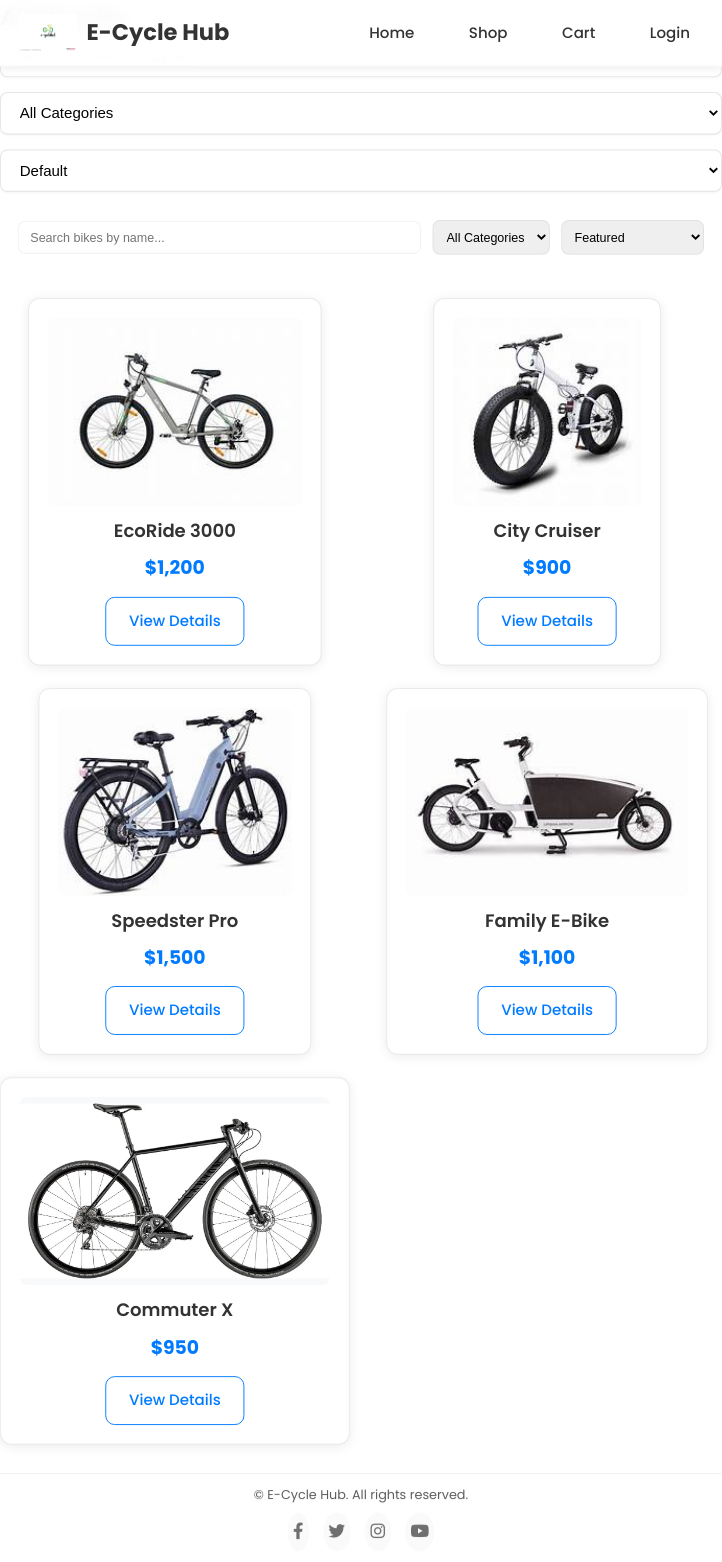
Repository: Rutuja-g/E-Cycle-Hub
Page: public/products.html
These files come from the project's save history. The page is drawn as it stood at one moment and after the next save; the edit follows.
The browser window is 768 px wide. The pictures show the whole page, at 94% of full size.

Above is the page before, as saved 2025-10-24 16:32:49.
Console error: SyntaxError: Unexpected token 'export'

### public/products.html
<!DOCTYPE html>
<html lang="en">
  <head>
    <meta charset="UTF-8" />
    <meta name="viewport" content="width=device-width, initial-scale=1.0" />
    <title>Products - E-Cycle Hub</title>
    <link rel="preconnect" href="https://fonts.googleapis.com" />
    <link rel="preconnect" href="https://fonts.gstatic.com" crossorigin />
    <link
      href="https://fonts.googleapis.com/css2?family=Poppins:wght@300;400;500;600;700&display=swap"
      rel="stylesheet"
    />
    <link rel="icon" href="favicon.ico" type="image/x-icon" />
    <link rel="stylesheet" href="css/reset.css" />
    <link rel="stylesheet" href="css/variables.css" />
    <link rel="stylesheet" href="css/main.css" />
    <link
      rel="stylesheet"
      href="https://cdnjs.cloudflare.com/ajax/libs/font-awesome/6.0.0/css/all.min.css"
    />
  </head>
  <body>
    <header>
      <div id="header"></div>
    </header>

    <main>
      <section class="shop-products">
        <h2>All Bicycles</h2>
        <div class="product-search">
          <input
            type="text"
            id="searchInput"
            placeholder="Search for electric bicycles..."
          />
          <select id="categorySelect">
            <option value="all">All Categories</option>
          </select>
          <select id="sortSelect">
            <option value="">Default</option>
            <option value="price-asc">Price Low to High</option>
            <option value="price-desc">Price High to Low</option>
            <option value="popularity">Popularity</option>
          </select>
        </div>
        <div class="product-list" id="product-list">
          <!-- Product cards will be dynamically inserted here -->
        </div>
      </section>
    </main>

    <footer>
      <div id="footer"></div>
    </footer>

    <script src="js/components.js"></script>
    <script src="js/main.js"></script>
    <script src="js/api.js"></script>
    <script src="js/store.js"></script>
    <script src="js/cart.js"></script>
  </body>
</html>

### public/css/reset.css
html
/* CSS Reset */
* {
    margin: 0;
    padding: 0;
    box-sizing: border-box;
}

html, body {
    height: 100%;
    font-family: Arial, sans-serif;
}

img {
    max-width: 100%;
    height: auto;
}

a {
    text-decoration: none;
    color: inherit;
}

ul {
    list-style: none;
}

button {
    cursor: pointer;
}

### public/css/variables.css
:root {
  --primary-color: #007bff; /* Electric Blue */
  --secondary-color: #0056b3; /* Darker Blue for hover */
  --background-color: #ffffff; /* White */
  --text-color: #333333; /* Dark Gray */
  --muted: #6c757d; /* Muted text */
  --font-family: "Poppins", sans-serif; /* Modern Font */
  --font-size-base: 16px; /* Base Font Size */
  --font-size-large: 1.25rem; /* Large Font Size */
  --font-size-small: 0.875rem; /* Small Font Size */
  --border-radius: 10px; /* Rounded Corners */
  --box-shadow: 0 4px 8px rgba(0, 0, 0, 0.1); /* Subtle Box Shadow */
  --box-shadow-hover: 0 6px 12px rgba(0, 0, 0, 0.15); /* Hover Shadow */
  --transition: all 0.3s ease; /* Smooth Transitions */
}

### public/css/main.css
/* Main styles for E-Cycle Hub */

/* Reset some default styles */
body {
  margin: 0;
  font-family: var(--font-family);
  line-height: 1.6;
  color: var(--text-color);
  background-color: var(--background-color);
}

h1,
h2,
h3,
h4,
h5,
h6 {
  margin: 0;
  color: var(--text-color);
  font-weight: 600;
}

a {
  text-decoration: none;
  color: var(--primary-color);
  transition: var(--transition);
}

a:hover {
  color: var(--secondary-color);
}

/* Layout styles */
.container {
  width: 90%;
  max-width: 1200px;
  margin: auto;
}

/* Navbar styles */
.navbar {
  background: rgba(255, 255, 255, 0.95);
  backdrop-filter: blur(10px);
  border-bottom: 1px solid rgba(0, 0, 0, 0.05);
  box-shadow: 0 2px 10px rgba(0, 0, 0, 0.08);
  position: fixed;
  top: 0;
  left: 0;
  right: 0;
  z-index: 1000;
}

.nav-container {
  max-width: 1200px;
  margin: 0 auto;
  padding: 0 20px;
  display: flex;
  justify-content: space-between;
  align-items: center;
  height: 70px;
}

.logo a {
  font-size: 1.5em;
  font-weight: bold;
  display: flex;
  align-items: center;
  gap: 10px;
  color: var(--text-color);
  text-decoration: none;
}

.logo img {
  height: 40px;
  width: auto;
}

.nav-links {
  list-style: none;
  display: flex;
  gap: 30px;
  margin: 0;
  padding: 0;
}

.nav-links li {
  position: relative;
}

.nav-link {
  color: var(--text-color);
  text-decoration: none;
  padding: 10px 14px;
  border-radius: 20px;
  transition: all 0.3s ease;
  font-weight: 500;
  position: relative;
}

.nav-link:hover,
.nav-link.active {
  background: rgba(0, 123, 255, 0.1);
  color: var(--primary-color);
  transform: translateY(-1px);
  box-shadow: 0 4px 12px rgba(0, 123, 255, 0.15);
}

.nav-toggle {
  display: none;
  flex-direction: column;
  cursor: pointer;
  gap: 4px;
}

.nav-toggle span {
  width: 25px;
  height: 3px;
  background: var(--text-color);
  transition: 0.3s;
}

.main-content {
  padding: 80px 0 20px;
}

/* Hero section styles */
.hero {
  position: relative;
  display: flex;
  align-items: center;
  justify-content: center;
  min-height: 400px;
  overflow: hidden;
}

.hero-banner {
  position: absolute;
  top: 0;
  left: 0;
  width: 100%;
  height: 100%;
  object-fit: cover;
  z-index: -1;
}

.hero-content {
  text-align: center;
  color: white;
  background: rgba(0, 0, 0, 0.5);
  padding: 20px;
  border-radius: 8px;
}

.hero h1 {
  font-size: 2.5em;
  margin-bottom: 10px;
}

.hero p {
  font-size: 1.2em;
  margin-bottom: 20px;
}

.btn {
  display: inline-block;
  padding: 12px 24px;
  background: var(--primary-color);
  color: white;
  border-radius: var(--border-radius);
  transition: var(--transition);
  font-weight: 500;
  border: none;
  cursor: pointer;
}

.btn:hover {
  background: var(--secondary-color);
  transform: translateY(-2px);
  box-shadow: var(--box-shadow-hover);
}

.btn.ghost {
  background: transparent;
  color: var(--primary-color);
  border: 1px solid var(--primary-color);
}

.btn.ghost:hover {
  background: var(--primary-color);
  color: white;
}

/* Responsive styles */
@media (max-width: 768px) {
  .container {
    width: 95%;
  }

  .header,
  .footer {
    padding: 15px 0;
  }

  .hero {
    min-height: 300px;
  }

  .hero h1 {
    font-size: 2em;
  }

  .hero p {
    font-size: 1em;
  }

  .product-search {
    flex-direction: column;
  }

  .product-search input,
  .product-search select {
    width: 100%;
  }

  /* Footer responsive */
  .footer-content {
    flex-direction: column;
    gap: 8px;
    text-align: center;
  }

  .social-icons {
    justify-content: center;
    gap: 12px;
  }

  .main-content {
    padding: 70px 0 20px;
  }
}

@media (max-width: 480px) {
  .hero {
    flex-direction: column;
    text-align: center;
  }

  .hero-content {
    padding: 15px;
  }

  .hero h1 {
    font-size: 1.8em;
  }

  .hero p {
    font-size: 0.9em;
  }

  /* Navbar responsive */
  .nav-toggle {
    display: flex;
  }

  .nav-links {
    position: absolute;
    top: 100%;
    left: 0;
    width: 100%;
    background: rgba(255, 255, 255, 0.98);
    backdrop-filter: blur(10px);
    border-top: 1px solid rgba(0, 0, 0, 0.05);
    flex-direction: column;
    padding: 15px 0;
    box-shadow: 0 4px 20px rgba(0, 0, 0, 0.1);
    display: none;
  }

  .nav-links.active {
    display: flex;
  }

  .nav-link {
    padding: 12px 20px;
    border-radius: 0;
    border-bottom: 1px solid rgba(0, 0, 0, 0.03);
  }

  .nav-link:hover,
  .nav-link.active {
    background: rgba(0, 123, 255, 0.05);
    color: var(--primary-color);
    border-bottom: 1px solid rgba(0, 123, 255, 0.1);
  }

  /* Grid responsive */
  .grid--featured,
  .grid--shop,
  .product-list {
    grid-template-columns: repeat(auto-fit, minmax(250px, 1fr));
    gap: 20px;
  }

  .main-content {
    padding: 60px 0 20px;
  }
}

/* Product card styles (updated for .card class used by main.js) */
.card {
  border: 1px solid rgba(0, 0, 0, 0.08);
  border-radius: 12px;
  padding: 20px;
  text-align: center;
  background: var(--background-color);
  box-shadow: 0 2px 12px rgba(0, 0, 0, 0.08);
  transition: all 0.3s ease;
  display: flex;
  flex-direction: column;
  height: 100%;
}

.card:hover {
  transform: translateY(-8px);
  box-shadow: 0 8px 25px rgba(0, 0, 0, 0.12);
}

.card img {
  max-width: 100%;
  height: 200px;
  object-fit: contain;
  border-radius: 8px;
  margin-bottom: 15px;
  background-color: #f8f9fa;
  transition: transform 0.3s ease;
}

.card:hover img {
  transform: scale(1.05);
}

.card .card-body {
  flex: 1;
  display: flex;
  flex-direction: column;
  justify-content: space-between;
}

.card .card-title {
  margin: 0 0 10px 0;
  font-size: 1.2em;
  line-height: 1.3;
}

.card .price {
  color: var(--primary-color);
  font-weight: 700;
  font-size: 1.25em;
  margin-bottom: 15px;
}

.card .btn {
  margin-top: auto;
  align-self: center;
  transition: all 0.3s ease;
}

.card .btn:hover {
  transform: translateY(-2px);
  box-shadow: 0 4px 15px rgba(0, 123, 255, 0.3);
}

/* Product search styles */
.product-search {
  display: flex;
  gap: 16px;
  margin-bottom: 30px;
  justify-content: center;
  flex-wrap: wrap;
}

.product-search input,
.product-search select {
  padding: 12px 16px;
  border: 1px solid rgba(0, 0, 0, 0.1);
  border-radius: 8px;
  font-size: 1em;
  background-color: #fff;
  transition: all 0.3s ease;
  min-width: 200px;
  box-shadow: 0 1px 3px rgba(0, 0, 0, 0.05);
}

.product-search input:focus,
.product-search select:focus {
  outline: none;
  border-color: var(--primary-color);
  box-shadow: 0 0 0 3px rgba(0, 123, 255, 0.1);
  transform: translateY(-1px);
}

/* Featured products grid */
.grid--featured,
.grid--shop,
.product-list {
  display: grid;
  grid-template-columns: repeat(auto-fit, minmax(280px, 1fr));
  gap: 24px;
  padding: 30px 0;
  justify-items: center;
}

/* Cart styles */
.cart-item {
  display: flex;
  justify-content: space-between;
  padding: 16px 0;
  border-bottom: 1px solid #e9ecef;
}

.cart-item img {
  width: 50px;
  height: auto;
}

.cart-total {
  font-weight: bold;
  font-size: 1.2em;
}

/* Checkout styles */
.checkout-form {
  display: flex;
  flex-direction: column;
  gap: 16px;
}

.checkout-form input,
.checkout-form button {
  margin: 0;
  padding: 12px;
  border: 1px solid #e9ecef;
  border-radius: var(--border-radius);
  font-family: var(--font-family);
}

.checkout-form button {
  background: var(--primary-color);
  color: white;
  cursor: pointer;
  transition: var(--transition);
}

.checkout-form button:hover {
  background: var(--secondary-color);
}

/* Product details styles */
.product-details {
  max-width: 1200px;
  margin: 0 auto;
  padding: 20px;
  display: flex;
  flex-direction: column;
  gap: 20px;
}

.back-link {
  color: var(--primary-color, #4caf50);
  font-weight: bold;
  margin-bottom: 20px;
  display: inline-block;
}

.back-link:hover {
  color: var(--link-hover-color, #388e3c);
}

.product-image {
  flex: 1;
  max-width: 600px;
  margin: 0 auto;
}

.product-image img {
  width: 100%;
  height: auto;
  border-radius: 8px;
  box-shadow: 0 4px 10px rgba(0, 0, 0, 0.1);
}

.product-info {
  flex: 1;
  padding: 24px;
  background: var(--background-color);
  border-radius: var(--border-radius);
  box-shadow: var(--box-shadow);
}

.product-info h1 {
  font-size: 2em;
  margin-bottom: 10px;
}

.product-price {
  font-size: 1.5em;
  color: var(--primary-color);
  font-weight: 600;
  margin-bottom: 24px;
}

.product-info p {
  line-height: 1.6;
  margin-bottom: 20px;
}

.product-info .btn {
  margin-top: 20px;
}

/* Responsive for product details */
@media (max-width: 768px) {
  .product-details {
    flex-direction: column;
  }

  .product-image,
  .product-info {
    flex: none;
    width: 100%;
  }

  .product-info {
    padding: 15px;
  }

  .product-info h1 {
    font-size: 1.8em;
  }

  .product-price {
    font-size: 1.3em;
  }
}

/* Footer styles */
.footer {
  background: rgba(255, 255, 255, 0.95);
  backdrop-filter: blur(10px);
  border-top: 1px solid rgba(0, 0, 0, 0.05);
  color: var(--text-color);
  padding: 12px 0;
  margin-top: auto;
}

.footer-content {
  display: flex;
  justify-content: space-between;
  align-items: center;
  max-width: 1200px;
  margin: 0 auto;
  padding: 0 20px;
}

.footer-content p {
  margin: 0;
  color: var(--text-color);
  font-size: 0.85em;
  opacity: 0.8;
}

.social-icons {
  display: flex;
  gap: 15px;
}

.social-icons a {
  color: var(--text-color);
  font-size: 1.1em;
  transition: all 0.3s ease;
  padding: 6px;
  border-radius: 50%;
  background: rgba(0, 0, 0, 0.03);
  opacity: 0.7;
}

.social-icons a:hover {
  color: var(--primary-color);
  background: rgba(0, 123, 255, 0.08);
  transform: translateY(-1px);
  box-shadow: 0 3px 10px rgba(0, 123, 255, 0.15);
  opacity: 1;
}

/* Add error styles */
.error {
  color: red;
  font-size: 0.9em;
  margin-top: 5px;
  display: none;
}

/* Success popup styles */
.success-popup {
  position: fixed;
  top: 0;
  left: 0;
  width: 100%;
  height: 100%;
  background-color: rgba(0, 0, 0, 0.5);
  display: flex;
  justify-content: center;
  align-items: center;
  z-index: 1000;
}

.popup-content {
  background-color: var(--background-color);
  padding: 24px;
  border-radius: var(--border-radius);
  text-align: center;
  box-shadow: var(--box-shadow);
}

.popup-content h3 {
  margin-bottom: 10px;
  color: var(--primary-color);
}

.popup-content button {
  background-color: var(--primary-color);
  color: white;
  border: none;
  padding: 12px 24px;
  border-radius: var(--border-radius);
  cursor: pointer;
  margin-top: 16px;
  transition: var(--transition);
}

.popup-content button:hover {
  background-color: var(--secondary-color);
}

### public/js/components.js
// components.js - Dynamic loading of header and footer components

(function () {
  // Load component into element
  async function loadComponent(componentPath, targetElement) {
    try {
      const response = await fetch(componentPath);
      if (!response.ok) {
        throw new Error(`Failed to load ${componentPath}: ${response.status}`);
      }
      const html = await response.text();
      targetElement.innerHTML = html;
    } catch (error) {
      console.error(`Error loading component ${componentPath}:`, error);
      targetElement.innerHTML = "<p>Error loading component</p>";
    }
  }

  // Load header and footer on page load
  document.addEventListener("DOMContentLoaded", function () {
    const headerElement = document.getElementById("header");
    const footerElement = document.getElementById("footer");

    if (headerElement) {
      loadComponent("components/header.html", headerElement);
    }

    if (footerElement) {
      loadComponent("components/footer.html", footerElement);
    }
  });
})();

### public/js/api.js
// This file contains functions for fetching and managing product data, including CRUD operations.

const apiUrl = 'https://api.example.com/products'; // Replace with your actual API endpoint

// Fetch all products
async function fetchProducts() {
    try {
        const response = await fetch(apiUrl);
        if (!response.ok) {
            throw new Error('Network response was not ok');
        }
        const products = await response.json();
        return products;
    } catch (error) {
        console.error('Error fetching products:', error);
    }
}

// Fetch a single product by ID
async function fetchProductById(productId) {
    try {
        const response = await fetch(`${apiUrl}/${productId}`);
        if (!response.ok) {
            throw new Error('Network response was not ok');
        }
        const product = await response.json();
        return product;
    } catch (error) {
        console.error('Error fetching product:', error);
    }
}

// Create a new product (for admin use)
async function createProduct(productData) {
    try {
        const response = await fetch(apiUrl, {
            method: 'POST',
            headers: {
                'Content-Type': 'application/json',
            },
            body: JSON.stringify(productData),
        });
        if (!response.ok) {
            throw new Error('Network response was not ok');
        }
        const newProduct = await response.json();
        return newProduct;
    } catch (error) {
        console.error('Error creating product:', error);
    }
}

// Update an existing product (for admin use)
async function updateProduct(productId, productData) {
    try {
        const response = await fetch(`${apiUrl}/${productId}`, {
            method: 'PUT',
            headers: {
                'Content-Type': 'application/json',
            },
            body: JSON.stringify(productData),
        });
        if (!response.ok) {
            throw new Error('Network response was not ok');
        }
        const updatedProduct = await response.json();
        return updatedProduct;
    } catch (error) {
        console.error('Error updating product:', error);
    }
}

// Delete a product (for admin use)
async function deleteProduct(productId) {
    try {
        const response = await fetch(`${apiUrl}/${productId}`, {
            method: 'DELETE',
        });
        if (!response.ok) {
            throw new Error('Network response was not ok');
        }
        return true; // Successfully deleted
    } catch (error) {
        console.error('Error deleting product:', error);
    }
}

### public/js/store.js
// This file manages localStorage interactions for saving and retrieving product data.

const store = {
    saveProducts: function(products) {
        localStorage.setItem('products', JSON.stringify(products));
    },
    getProducts: function() {
        const products = localStorage.getItem('products');
        return products ? JSON.parse(products) : [];
    },
    saveCart: function(cart) {
        localStorage.setItem('cart', JSON.stringify(cart));
    },
    getCart: function() {
        const cart = localStorage.getItem('cart');
        return cart ? JSON.parse(cart) : [];
    },
    clearCart: function() {
        localStorage.removeItem('cart');
    }
};

export default store;

### public/components/header.html
<nav class="navbar">
  <div class="nav-container">
    <div class="logo">
      <a href="index.html">
        <img src="assets/images/logo.jpg" alt="E-Cycle Hub Logo" />
        <span>E-Cycle Hub</span>
      </a>
    </div>
    <div class="nav-toggle" id="navToggle">
      <span></span>
      <span></span>
      <span></span>
    </div>
    <ul class="nav-links" id="navLinks">
      <li><a href="index.html" class="nav-link">Home</a></li>
      <li><a href="shop.html" class="nav-link">Shop</a></li>
      <li><a href="cart.html" class="nav-link">Cart</a></li>
      <li><a href="login.html" class="nav-link">Login</a></li>
    </ul>
  </div>
</nav>

### public/components/footer.html
<footer class="footer">
  <div class="container">
    <div class="footer-content">
      <p>&copy; <span id="year"></span> E-Cycle Hub. All rights reserved.</p>
      <div class="social-icons">
        <a href="#" aria-label="Facebook"><i class="fab fa-facebook-f"></i></a>
        <a href="#" aria-label="Twitter"><i class="fab fa-twitter"></i></a>
        <a href="#" aria-label="Instagram"><i class="fab fa-instagram"></i></a>
        <a href="#" aria-label="YouTube"><i class="fab fa-youtube"></i></a>
      </div>
    </div>
  </div>
</footer>

Loaded but not shown: public/assets/data/products.json (47 lines, source omitted); public/js/main.js (353 lines, source omitted); public/js/cart.js (205 lines, source omitted)

After the next save:
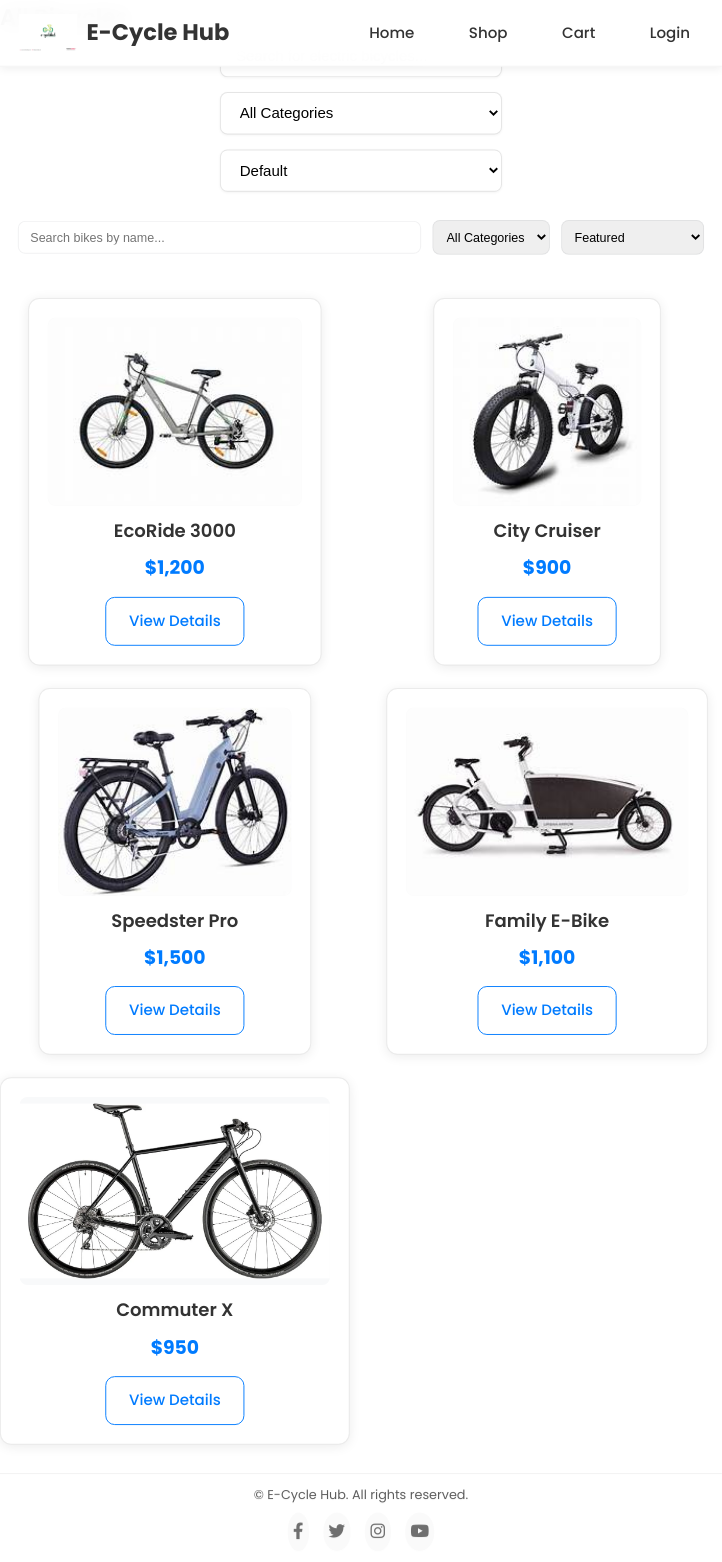
Saved 7 s later.
--- a/public/css/main.css
+++ b/public/css/main.css
@@ -215,11 +215,13 @@ a:hover {
 
   .product-search {
     flex-direction: column;
+    align-items: center;
   }
 
   .product-search input,
   .product-search select {
     width: 100%;
+    max-width: 300px;
   }
 
   /* Footer responsive */
